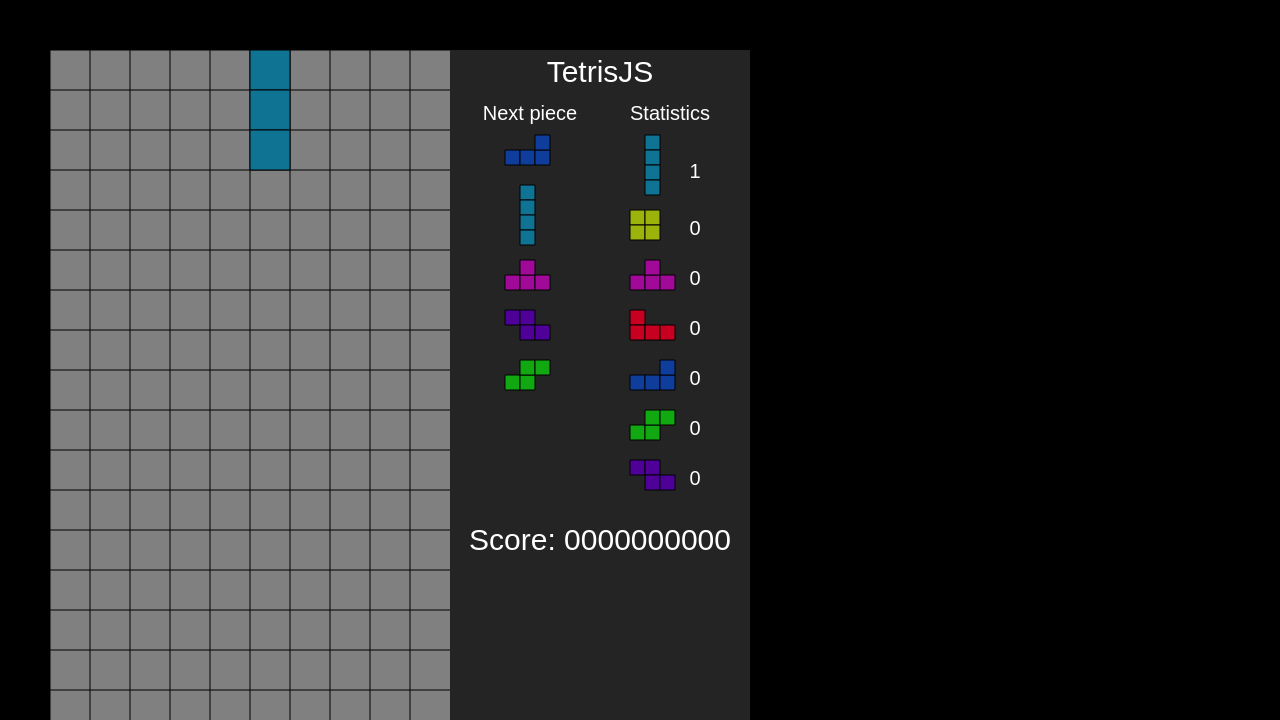
Repository: hosua/TetrisJS
Page: index.html
The author's editor kept a copy of each file at every save. The page is drawn from the files as they stood at one save, then again after the next save.
The browser window is 1280 px wide. The pictures show the whole page.

Above is the page before, as saved 2023-11-07 19:42:10.

### index.html
<html lang="en">
	<link rel="stylesheet" href="style.css">
	<head>
		<meta charset="UTF-8" />
		<meta name="viewport" content="width=device-width, initial-scale=1.0" />
		<title>TetrisJS</title>
	</head>
	<body>
		<canvas id="background-canvas" width="700" height="800"></canvas>
		<canvas id="tetris-canvas" width="400" height="800"></canvas>

		<script type="module" src="./src/main.js"></script>
	</body>
</html>

### src/main.js
import { GFX, Tetris, Tetronimo, P_TYPE, KEY } from "./Tetris.js"

const FALL_TICK = 200; // If we ever implement levels, this determines the difficulty
const DELAY_TICK = 200; // additional wait time after a piece lands
const CLEAR_DELAY = 200; // additional wait time before a line is cleared

let gfx = new GFX();
let tetris = new Tetris();

let piece_counter = { [P_TYPE.I]: 0, [P_TYPE.O]: 0, [P_TYPE.T]: 0, [P_TYPE.J]: 0, [P_TYPE.L]: 0, [P_TYPE.S]: 0, [P_TYPE.Z]: 0 }

function reset_piece_counter(piece_counter) {
	for (let i in piece_counter) {
		console.log(i);
		piece_counter[i] = 0;
	}
}

let queue = [];

for (let i = 0; i < 10; i++)
	queue.push(tetris.spawn_rand_piece())

function handle_input(e) {
	let keycode = e.keyCode;
	console.log(`Pressing ${keycode}`);
	switch (keycode) {
		case KEY.LEFT:
		case KEY.RIGHT:
		case KEY.DOWN:
			tetronimo.move(keycode, tetris);
			break;
		case KEY.X:
		case KEY.Z:
			tetronimo.rotate(keycode, tetris);
			break;
		case KEY.SPACE:
			tetronimo.hard_drop(tetris);
			break;
	}
	gfx.draw_all_game_elements(tetris.grid, tetronimo);
}

document.addEventListener('keydown', (e) => { return handle_input(e); });

var tetronimo = queue.shift();
piece_counter[tetronimo.type]++;

while (true) {
	while (!tetris.check_gameover()) {
		gfx.draw_ui_all(piece_counter, queue, tetris.score);
		while (tetronimo.fall(tetris.grid)) {
			gfx.draw_all_game_elements(tetris.grid, tetronimo);
			await new Promise(resolve => setTimeout(resolve, tetris.fall_tick));
			console.log(`fall tick: ${tetris.fall_tick}`);
		}
		tetronimo = queue.shift();
		queue.push(tetris.spawn_rand_piece());
		piece_counter[tetronimo.type]++;

		let lines_cleared = tetris.clear_lines();
		if (lines_cleared > 0) {
			await new Promise(resolve => setTimeout(resolve, CLEAR_DELAY));
			gfx.draw_all_game_elements(tetris.grid, tetronimo);
			tetris.score_keeper(lines_cleared);
		}
		await new Promise(resolve => setTimeout(resolve, DELAY_TICK));
	}
	gfx = new GFX();
	tetris = new Tetris();
	reset_piece_counter(piece_counter);
}

### src/Tetris.js
const bg_canvas = document.getElementById("background-canvas");
const tetris_canvas = document.getElementById("tetris-canvas");

const BG_COLOR = "#242424";
const FIELD_COLOR = "grey";
const PLAYFIELD_YMAX = 25;
const PLAYFIELD_XMAX = 10;
const Y_OFF = 5;

export const KEY = {
	SPACE: 32, 								// hard drop
	LEFT: 37, UP: 38, RIGHT: 39, DOWN: 40,  // move piece
	C: 67, 									// hold piece
	P: 80, 									// pause
	X: 88, 									// rotate right
	Z: 90, 									// rotate left
};

export const P_TYPE = {
	NONE: 0,
	I: 1, O: 2, T: 3, S: 4,
	Z: 5, J: 6, L: 7,
}

const P_COLORS = {
	[P_TYPE.I]: "#0f7394", [P_TYPE.O]: "#9cb30b", [P_TYPE.T]: "#a10a99",
	[P_TYPE.S]: "#11a811", [P_TYPE.Z]: "#4f0099", [P_TYPE.J]: "#c70021",
	[P_TYPE.L]: "#0e3d9c",
}

export class Tetronimo {
	constructor(piece_type) {
		this.type = piece_type;
		this.origin = [0, 0];
		this.blocks = Array(4).fill([0, 0]); // block positions relative to origin
		this.spawn_piece();
	}

	print() {
		console.log(this.origin);
		console.log(this.blocks);
	}

	// Since collision detection can usually be solved by checking mins and maxes, some helper methods
	// for getting them are implemented
	min_x() {
		let res = Number.MAX_SAFE_INTEGER;
		for (let block of this.blocks)
			res = Math.min(res, block[0] + this.origin[0]);
		return res;
	}

	max_x() {
		let res = Number.MIN_SAFE_INTEGER;
		for (let block of this.blocks)
			res = Math.max(res, block[0] + this.origin[0]);
		return res;
	}

	min_y() {
		let res = Number.MAX_SAFE_INTEGER;
		for (let block of this.blocks)
			res = Math.min(res, block[1] + this.origin[1]);
		return res;
	}

	max_y() {
		let res = Number.MIN_SAFE_INTEGER;
		for (let block of this.blocks)
			res = Math.max(res, block[1] + this.origin[1]);
		return res;
	}

	// check if valid move by making a copy of the tetronimo's new position and checking if there is
	// any overlap with the grid.
	// Returns true if the new move is valid
	check_move(grid, dx, dy) {
		for (let block of this.blocks) {
			let nx = this.origin[0] + dx + block[0];
			let ny = this.origin[1] + dy + block[1];
			if (grid[ny][nx] !== P_TYPE.NONE)
				return false;
		}
		return true;
	}

	spawn_piece() {
		this.origin = [5, 3];
		switch (this.type) {
			case P_TYPE.I:
				this.blocks = [[0, -1], [0, 0], [0, 1], [0, 2]];
				break;
			case P_TYPE.O:
				this.blocks = [[-1, -1], [-1, 0], [0, -1], [0, 0]];
				break;
			case P_TYPE.T:
				this.blocks = [[-1, 0], [0, 0], [1, 0], [0, -1]];
				break;
			case P_TYPE.S:
				this.blocks = [[-1, 0], [0, 0], [0, -1], [1, -1]];
				break;
			case P_TYPE.Z:
				this.blocks = [[-1, -1], [0, -1], [0, 0], [1, 0]];
				break;
			case P_TYPE.J:
				this.blocks = [[-1, -1], [-1, 0], [0, 0], [1, 0]];
				break;
			case P_TYPE.L:
				this.blocks = [[-1, 0], [0, 0], [1, 0], [1, -1]];
				break;
		}
	}

	// This will check the grid to see if the piece can fall down. If it can, it will move piece down once.
	// returns true if still falling
	fall(grid) {
		let can_fall = true;
		for (let block of this.blocks) {
			let x = this.origin[0] + block[0];
			let y = this.origin[1] + block[1];
			// console.log(x, y);
			// check if min y pos is at bottom
			if (y === PLAYFIELD_YMAX - 1) { // at bottom
				can_fall = false;
			} else if (grid[y + 1][x] !== P_TYPE.NONE) { // if below piece is non-empty
				can_fall = false;
			}
			if (!can_fall)
				break;
		}


		if (can_fall) {
			// move down
			this.origin[1] += 1;
		} else {
			// set to grid
			for (let block of this.blocks) {
				let x = this.origin[0] + block[0];
				let y = this.origin[1] + block[1];
				grid[y][x] = this.type;
			}
		}

		return can_fall;
	}

	move(keycode, tetris) {

		switch (keycode) {
			case KEY.LEFT:
				if (this.min_x() > 0 && this.check_move(tetris.grid, -1, 0))
					this.origin[0]--;
				break;
			case KEY.DOWN:
				if (this.max_y() < PLAYFIELD_YMAX - 1 && this.check_move(tetris.grid, 0, +1)) {
					this.origin[1]++;
					tetris.score += 1; // This will add 1 extra point for every block hard/soft dropped.
				}
				break;
			case KEY.RIGHT:
				if (this.max_x() < PLAYFIELD_XMAX - 1 && this.check_move(tetris.grid, +1, 0))
					this.origin[0]++;
				break;
			case KEY.UP: // This should be removed when were no longer testing
				if (this.max_y() > 0 && this.check_move(tetris.grid, 0, -1))
					this.origin[1]--;
				break;
			default:
				console.log("Error: Move has wrong key: ", keycode);
				break;
		}
	}

	rotate(keycode, tetris) {
		// We cannot rotate O
		if (this.type === P_TYPE.O)
			return;

		// Returns the rotated version of the blocks.
		const get_rotated = (keycode) => {
			// This is a separate function because we want a copy of the rotated
			// piece before actually rotating it to check if the rotation overlaps
			// with another piece, or falls outside the boundaries of the tetris.grid.
			let rotated = this.blocks.map((coord) => { return coord.slice() }); // create hard copy
			if (keycode === KEY.Z) {
				for (let coord of rotated) {
					let x = coord[0];
					let y = coord[1];
					coord[0] = y;
					coord[1] = -x;
				}
			} else if (keycode === KEY.X) {
				for (let coord of rotated) {
					let x = coord[0];
					let y = coord[1];
					coord[0] = -y;
					coord[1] = x;
				}
			}
			return rotated;
		}

		let can_rotate = true;
		let rotated = get_rotated(keycode);
		for (let rot of rotated) {
			let rx = this.origin[0] + rot[0];
			let ry = this.origin[1] + rot[1];
			// first, check if rotated position is within the boundaries of the grid
			if (rx < 0 || rx >= PLAYFIELD_XMAX || ry < 0 || ry >= PLAYFIELD_YMAX) {
				can_rotate = false;
				break;
			}
			// second, check if the rotated position overlaps with any
			// other pieces already on the grid
			if (tetris.grid[ry][rx] !== P_TYPE.NONE) {
				can_rotate = false;
				break;
			}
		}
		if (can_rotate)
			this.blocks = rotated;
	}

	hard_drop(tetris) {
		while (this.fall(tetris.grid)) {
			this.move(KEY.DOWN, tetris);
		}
	}
}

// Actual Tetris Logic
export class Tetris {
	constructor(start_level = 0) {
		this.grid = Array(PLAYFIELD_YMAX).fill().map(
			() => Array(PLAYFIELD_XMAX).fill(P_TYPE.NONE)
		);
		this.score = 0;
		this.level = start_level;
		this.total_lines_cleared = 0;
		this.fall_tick = 0; // ms per grid
		this.update_fall_speed();
	}

	print_grid() { console.log(this.grid); }

	// If any pieces land above where the game renders, it's game over
	check_gameover() {
		for (let y = 3; y < 5; y++) {
			for (let x = 0; x < PLAYFIELD_XMAX; x++) {
				if (this.grid[y][x] !== P_TYPE.NONE) {
					console.log("Game over!");
					return true;
				}
			}
		}
		return false;
	}

	spawn_rand_piece() {
		let rand_type = Math.round(Math.random() * (P_TYPE.L - 1) + 1);
		return new Tetronimo(rand_type);
	}

	// checks and clears all full lines, returns how many lines were cleared
	clear_lines() {
		console.log("Checking for full lines");
		let lines_cleared = 0;
		// Do a downward scan to see if line is full
		for (let y = 5; y < PLAYFIELD_YMAX; y++) {
			console.log(`y: ${y}`);
			let is_full = true;

			// scan the line
			for (let x = 0; x < PLAYFIELD_XMAX; x++) {
				if (this.grid[y][x] === P_TYPE.NONE) {
					is_full = false;
					break;
				}
			}

			if (is_full) {
				console.log(`Detected full line at ${y}`);
				// clear the current line
				for (let x = 0; x < PLAYFIELD_XMAX; x++) {
					this.grid[y][x] = P_TYPE.NONE;
				}
				// shift all lines above from current y coordinate down 1
				for (let yy = y; yy >= 5; yy--) {
					this.grid[yy] = this.grid[yy - 1]
				}
				lines_cleared++; // will be used for scoring when it's implemented
			}
		}
		return lines_cleared;
	}

	score_keeper(lines_cleared) {
		// n = level
		// 1 line 		2 line 			3 line 			4 line
		// 40 * (n + 1)	100 * (n + 1)	300 * (n + 1)	1200 * (n + 1)
		switch (lines_cleared) {
			case 1:
				this.score += 40 * (this.level + 1);
				break;
			case 2:
				this.score += 100 * (this.level + 1);
				break;
			case 3:
				this.score += 300 * (this.level + 1);
				break;
			case 4:
				this.score += 1200 * (this.level + 1);
				break;
		}
	}

	// When level up happens, speed up the fall speed.
	update_fall_speed() {
		if (this.level < 9)
			this.fall_tick = (48 - (5 * (this.level + 1))) * 61;
		else if (this.level == 9)
			this.fall_tick = 6 * 61;
		else if (this.level < 13)
			this.fall_tick = 5 * 61;
		else if (this.level < 16)
			this.fall_tick = 4 * 61;
		else if (this.level < 16)
			this.fall_tick = 3 * 61;
		else if (this.level < 19)
			this.fall_tick = 2 * 61;
		else
			this.fall_tick = 1 * 61;
	}
}

// Tetronimo objects for drawing UI
const TET_UI = [
	new Tetronimo(P_TYPE.I),
	new Tetronimo(P_TYPE.O),
	new Tetronimo(P_TYPE.T),
	new Tetronimo(P_TYPE.J),
	new Tetronimo(P_TYPE.L),
	new Tetronimo(P_TYPE.S),
	new Tetronimo(P_TYPE.Z),
]

export class GFX {
	constructor() {
		bg_canvas.style.position = "absolute";
		tetris_canvas.style.position = "absolute";
		bg_canvas.style.top = "50";
		bg_canvas.style.left = "50";
		tetris_canvas.style.top = "50";
		tetris_canvas.style.left = "50";
		this.ui_offset = tetris_canvas.width;
		this.ui_width = bg_canvas.width - tetris_canvas.width;
	}


	draw_playfield() {
		const ctx = tetris_canvas.getContext("2d");
		ctx.fillStyle = FIELD_COLOR;
		ctx.fillRect(0, 0, tetris_canvas.width, tetris_canvas.height);
	}

	draw_gridlines() {
		const ctx = tetris_canvas.getContext("2d");
		const horiz_inc = tetris_canvas.height / 20;
		const vert_inc = tetris_canvas.width / 10;

		// Draw horizontal lines
		for (let y = 0; y < tetris_canvas.height; y += horiz_inc) {
			ctx.beginPath();
			ctx.moveTo(0, y);
			ctx.lineTo(tetris_canvas.width, y);
			ctx.stroke();
		}
		// Draw vertical lines
		for (let x = 0; x < tetris_canvas.width; x += vert_inc) {
			ctx.beginPath();
			ctx.moveTo(x, 0);
			ctx.lineTo(x, tetris_canvas.height);
			ctx.stroke();
		}
	}

	// Draw the actual pieces and shit on the 2d grid (except the piece currently in motion)
	draw_grid_elements(grid) {
		const ctx = tetris_canvas.getContext("2d");
		const horiz_inc = tetris_canvas.height / 20;
		const vert_inc = tetris_canvas.width / 10;

		for (let y = PLAYFIELD_YMAX - 1; y >= PLAYFIELD_YMAX - 20; y--) {
			for (let x = 0; x < PLAYFIELD_XMAX; x++) {
				// dx, dy are drawing coords
				let dx = x * horiz_inc;
				let dy = (y - Y_OFF) * vert_inc;
				if (grid[y][x] != P_TYPE.NONE) {
					ctx.fillStyle = P_COLORS[grid[y][x]];
					ctx.beginPath();
					ctx.rect(dx, dy, horiz_inc, vert_inc);
					ctx.fill();
					ctx.stroke();
				}
			}
		}
	}

	// this will draw the tetronimo in motion
	// We are avoiding putting the tetronimo on the actual grid until it lands, this way we don't
	// have to handle creating and destroying the blocks every time it shifts down once.
	draw_falling_tetronimo(tetronimo) {
		const ctx = tetris_canvas.getContext("2d");
		const horiz_inc = tetris_canvas.height / 20;
		const vert_inc = tetris_canvas.width / 10;

		let origin = tetronimo.origin;
		let blocks = tetronimo.blocks;
		let p_type = tetronimo.type;

		ctx.fillStyle = P_COLORS[p_type];
		for (let block of blocks) {
			let dx = (origin[0] + block[0]) * horiz_inc;
			let dy = (origin[1] + block[1] - Y_OFF) * vert_inc;
			ctx.beginPath();
			ctx.rect(dx, dy, horiz_inc, vert_inc);
			ctx.fill();
			ctx.stroke();
		}
	}

	draw_all_game_elements(grid, tetronimo) {
		// this.draw_background();
		this.draw_playfield();
		this.draw_grid_elements(grid);
		this.draw_gridlines();
		this.draw_falling_tetronimo(tetronimo);
	}

	/* UI drawing methods below */

	draw_ui_all(piece_counter, queue, score) {
		this.draw_ui_background();
		this.draw_ui_text("TetrisJS", 30, this.ui_offset + (this.ui_width / 2), 32);
		this.draw_ui_stats(piece_counter);
		this.draw_ui_queue(queue);
		this.draw_ui_text("Made by Hoswoo", 20, this.ui_offset + (this.ui_width / 2), bg_canvas.height - 25);
		this.draw_ui_score(score);
	}

	draw_ui_background() {
		const ctx = bg_canvas.getContext("2d");
		ctx.fillStyle = BG_COLOR;
		ctx.fillRect(0, 0, bg_canvas.width, bg_canvas.height);
	}

	draw_ui_mini_piece(tetronimo, x, y) {
		const ctx = bg_canvas.getContext("2d");
		const dim = 15;
		const x_off = -100;
		const y_off = -625;

		let origin = tetronimo.origin;
		let blocks = tetronimo.blocks;
		let p_type = tetronimo.type;

		ctx.fillStyle = P_COLORS[p_type];

		for (let block of blocks) {
			let dx = x + x_off + (origin[0] + block[0]) * dim;
			let dy = y + y_off + (origin[1] + block[1]) * dim;
			ctx.beginPath();
			ctx.rect(dx, dy, dim, dim);
			ctx.fill();
			ctx.stroke();
		}
	}

	draw_ui_text(text, size, x, y) {
		const ctx = bg_canvas.getContext("2d");
		ctx.font = size.toString() + "px Arial";
		ctx.textAlign = "center";
		ctx.fillStyle = "white";
		ctx.fillText(text, x, y);
	}

	draw_ui_queue(queue, count = 5) { // Draw 'count' next pieces
		let x = this.ui_offset + 80;
		let y = this.ui_offset + 280;
		let y_inc = 50;

		this.draw_ui_text("Next piece", 20, x, 70);
		for (let i = 0; i < count; i++) {
			let piece = queue[i];
			this.draw_ui_mini_piece(piece, x + 15, y);
			if (piece.type == P_TYPE.I)
				y += 25;
			y += y_inc;
		}
	}

	draw_ui_stats(piece_counter) {
		let x = this.ui_offset + 220;
		let x_gap = 25;
		let y = this.ui_offset + 355;
		let y_inc = 50;
		let i_piece = TET_UI[0];

		this.draw_ui_text("Statistics", 20, x, 70);
		this.draw_ui_mini_piece(i_piece, x, this.ui_offset + 280);
		this.draw_ui_text(piece_counter[P_TYPE.I].toString(), 20, x + x_gap, 128);

		let dy = 185;
		let dy_inc = 50;
		for (let i = 1; i < TET_UI.length; i++) {
			let piece = TET_UI[i];
			this.draw_ui_mini_piece(piece, x, y);
			this.draw_ui_text(piece_counter[piece.type], 20, x + x_gap, dy);
			y += y_inc;
			dy += dy_inc;
		}
	}

	draw_ui_score(score) {
		let x = this.ui_offset + 150;
		let y = 500;
		this.draw_ui_text(`Score: ${score.toString().padStart(10, '0')}`, 30, x, y);
	}
}

Loaded but not shown: style.css (common file)

After the next save:
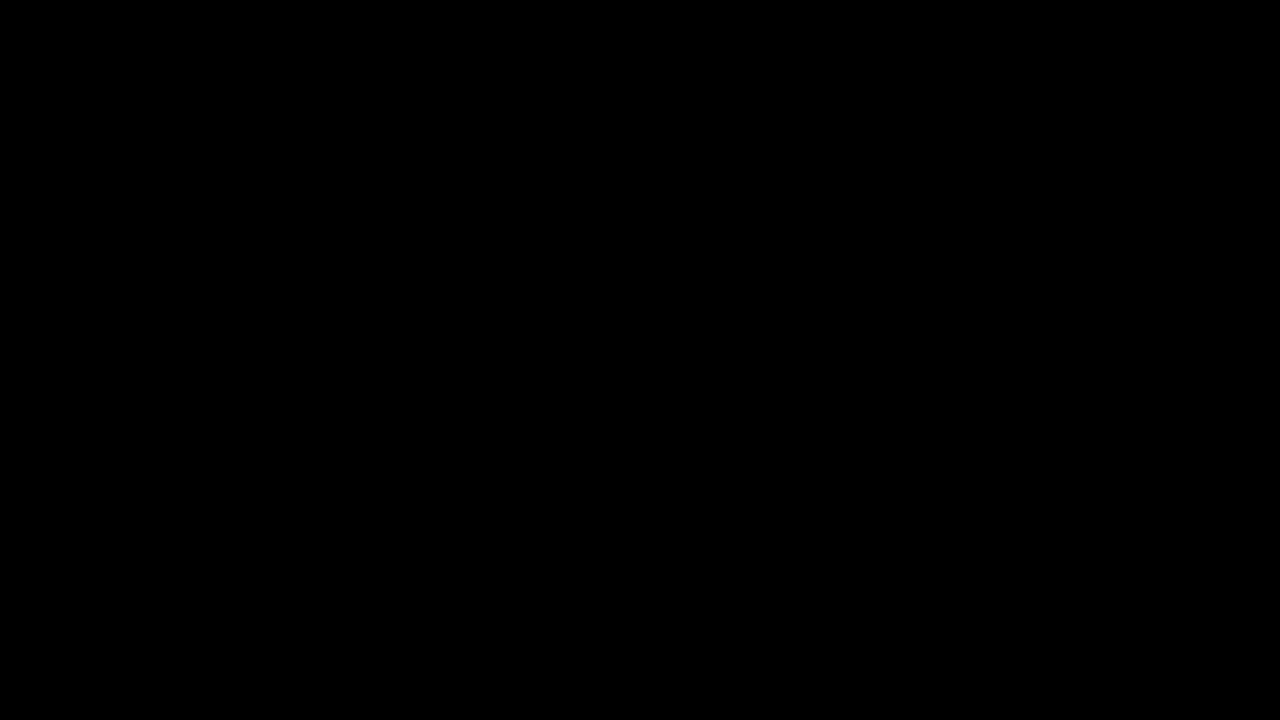
Console error: ReferenceError: start_level is not defined
Saved 119 s later.
--- a/src/main.js
+++ b/src/main.js
@@ -5,7 +5,7 @@
 const CLEAR_DELAY = 200; // additional wait time before a line is cleared
 
 let gfx = new GFX();
-let tetris = new Tetris();
+let tetris = new Tetris(start_level = 5);
 
 let piece_counter = { [P_TYPE.I]: 0, [P_TYPE.O]: 0, [P_TYPE.T]: 0, [P_TYPE.J]: 0, [P_TYPE.L]: 0, [P_TYPE.S]: 0, [P_TYPE.Z]: 0 }
 

After the save that followed:
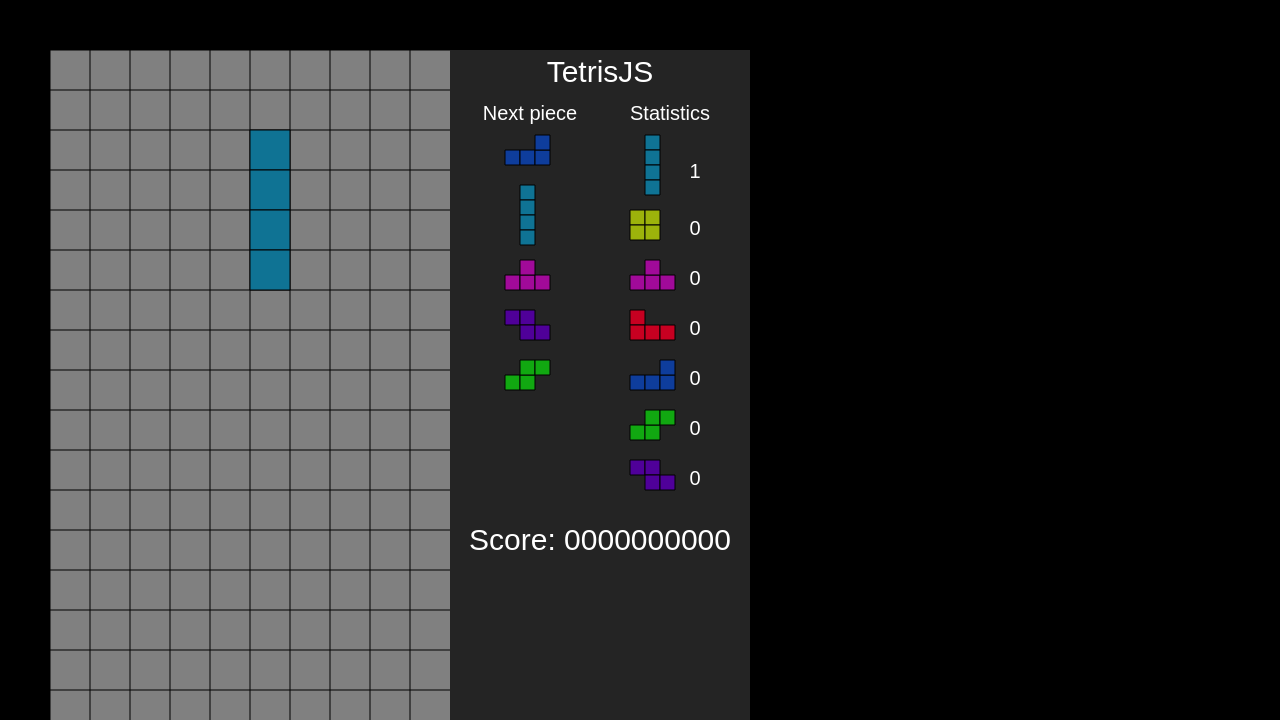
The error is gone.
Saved 9 s later.
--- a/src/main.js
+++ b/src/main.js
@@ -5,7 +5,7 @@
 const CLEAR_DELAY = 200; // additional wait time before a line is cleared
 
 let gfx = new GFX();
-let tetris = new Tetris(start_level = 5);
+let tetris = new Tetris(5);
 
 let piece_counter = { [P_TYPE.I]: 0, [P_TYPE.O]: 0, [P_TYPE.T]: 0, [P_TYPE.J]: 0, [P_TYPE.L]: 0, [P_TYPE.S]: 0, [P_TYPE.Z]: 0 }
 
